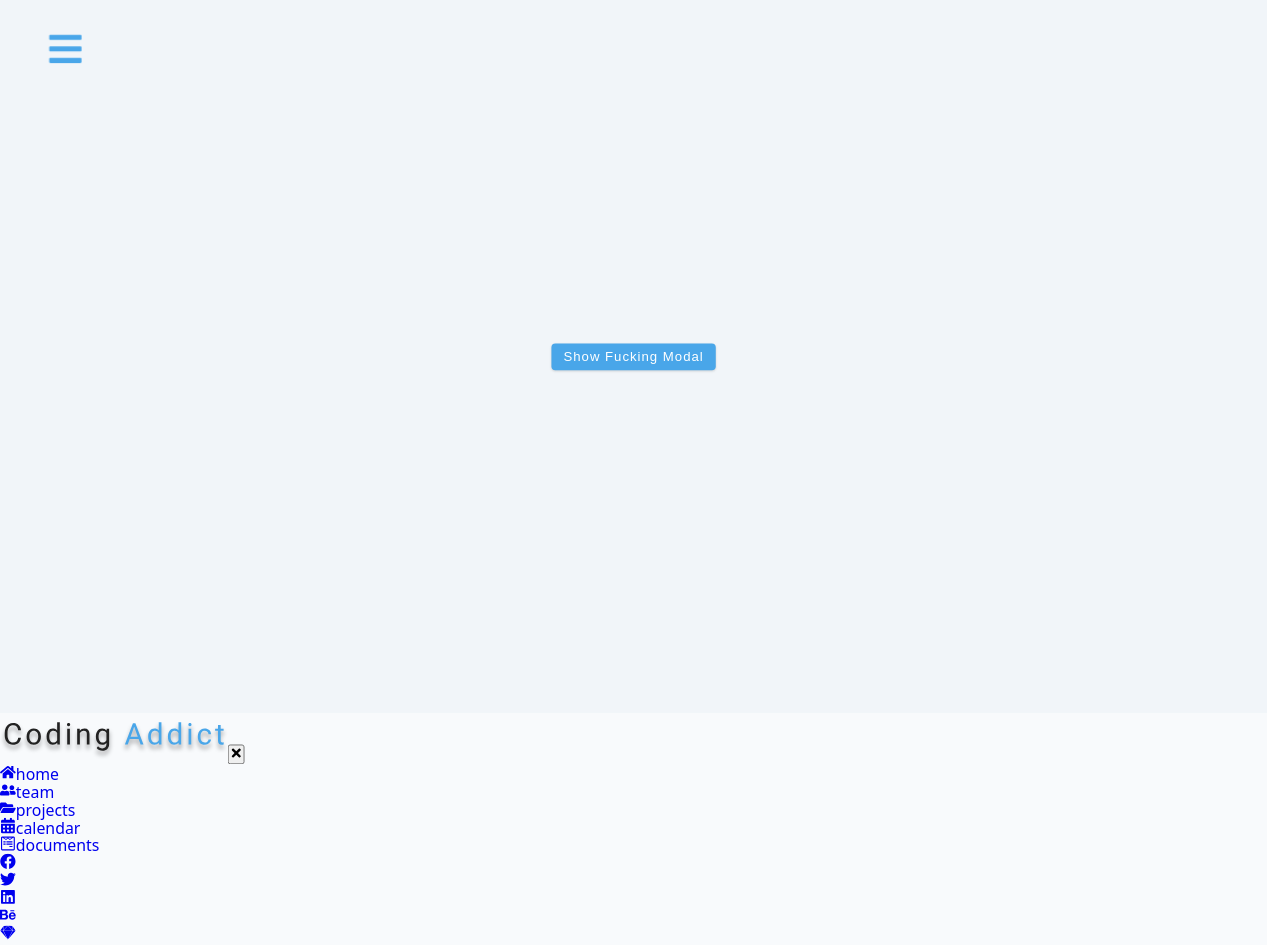
Repository: Maryie-B/React-Practice-Projects
Page: / (app in Sidebar/)
An editor plug-in stored every save of this project. The page is shown before and after the next save, followed by the edit.
The browser window is 1280 px wide. The pictures show the whole page, at 99% of full size.
The project was rebuilt for these pictures with package versions that can differ from the ones it lists, and the page was loaded fresh each time. Also part of the build but not shown: Sidebar/vite.config.js.

Above is the page before, as saved 2023-06-13 11:27:24.

After the next save:
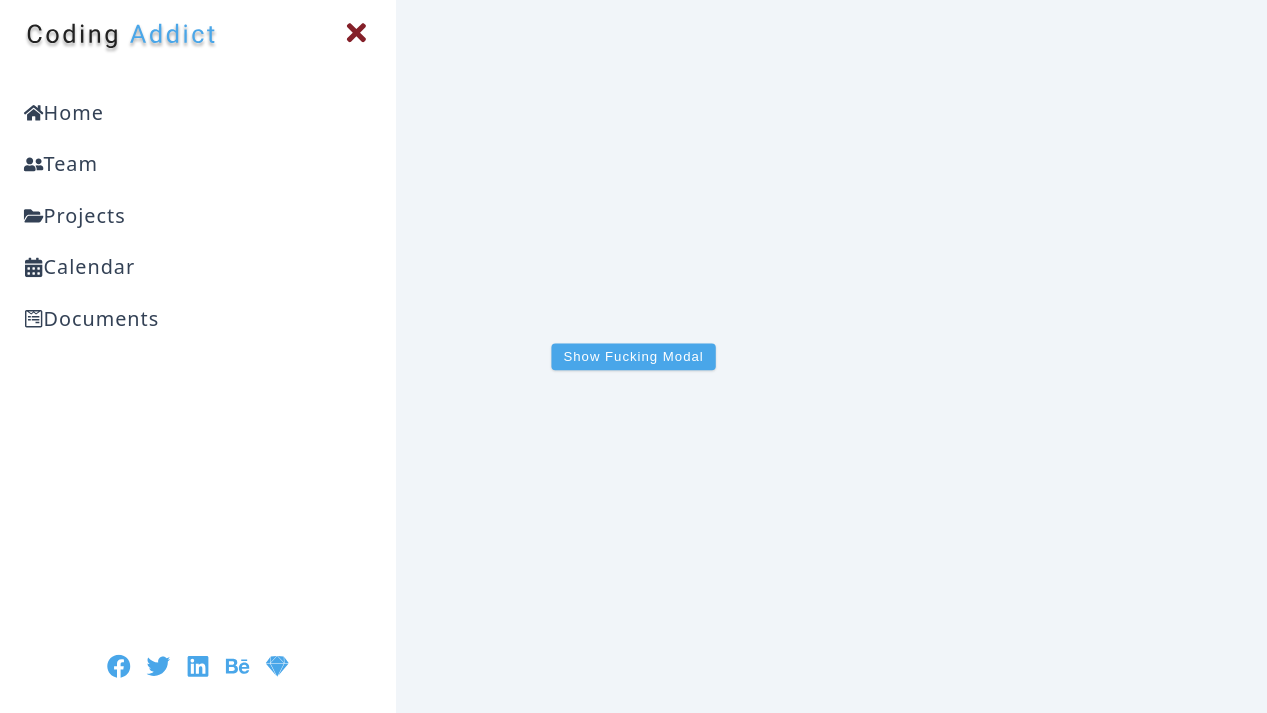
Saved 16 min 3 s later.
--- a/Sidebar/src/index.css
+++ b/Sidebar/src/index.css
@@ -333,3 +333,86 @@
   border-color: transparent;
   color: var(--red-dark);
 }
+
+.sidebar {
+  position: fixed;
+  top: 0;
+  left: 0;
+  width: 100%;
+  height: 100%;
+  background: var(--white);
+  display: grid;
+  grid-template-rows: auto 1fr auto;
+  row-gap: 1rem;
+  box-shadow: var(--red-dark);
+  transition: var(--transition);
+}
+
+@media screen and (min-width: 670px) {
+  .sidebar {
+    width: 400px;
+  }
+}
+
+.sidebar-header {
+  display: flex;
+  justify-content: space-between;
+  align-items: center;
+  padding: 1rem 1.5rem;
+}
+
+.logo {
+  height: 40px;
+}
+
+.close-btn {
+  font-size: 1.75rem;
+  background: transparent;
+  border-color: transparent;
+  color: var(--red-dark);
+  cursor: pointer;
+}
+
+.links a {
+  display: flex;
+  align-items: center;
+  font-size: 1.25rem;
+  text-transform: capitalize;
+  padding: 1rem 1.5rem;
+  color: var(--grey-700);
+  transition: var(--transition);
+  letter-spacing: var(--letterSpacing);
+}
+
+.links a:hover {
+  background: var(--grey-100);
+  color: var(--grey-800);
+}
+
+.liks a svg {
+  font-size: 1.5rem;
+  color: var(--grey-500);
+  margin-right: 1rem;
+  transition: var(--transition);
+}
+
+.links a svg:hover {
+  color: var(--grey-600)
+}
+
+.social-links {
+  display: flex;
+  justify-self: center;
+  padding-bottom: 2rem;
+}
+
+.social-links a {
+  font-size: 1.5rem;
+  margin: 0 0.5rem;
+  color: var(--primary-500);
+  transition: var(--transition);
+}
+
+.social-links a:hover {
+  color: var(--primary-800);
+}
